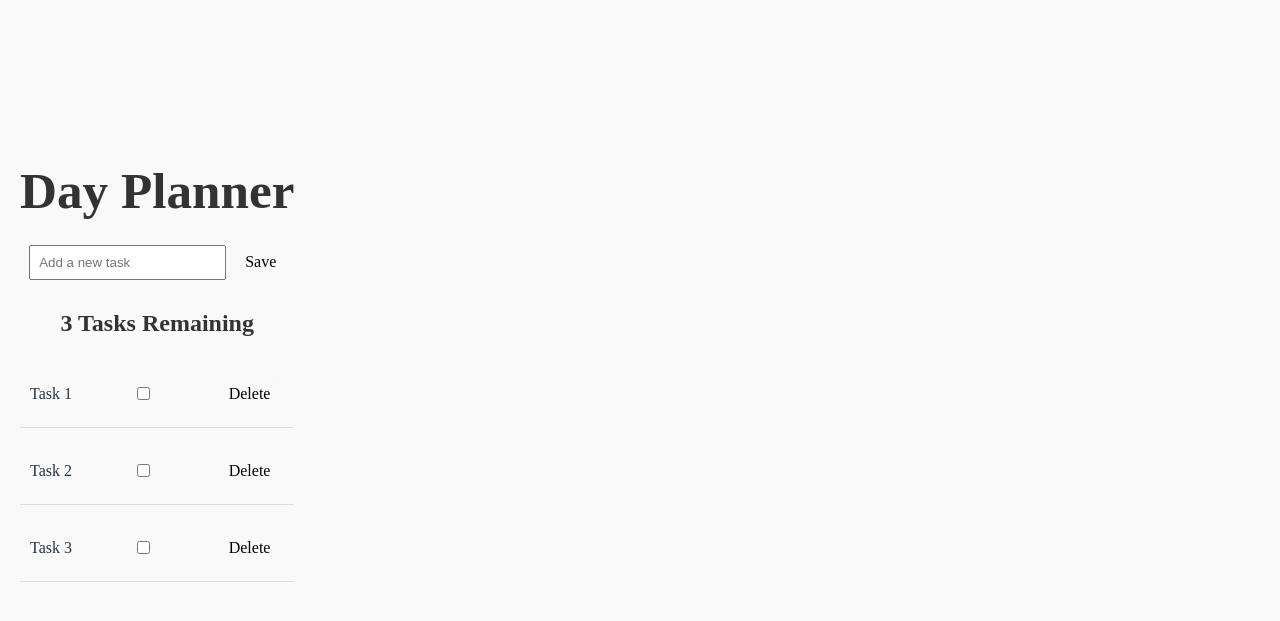
Repository: GavinPahal/Lab7
Page: /
The author's editor kept a copy of each file at every save. The page is drawn from the files as they stood at one save, then again after the next save.
The browser window is 1280 px wide. The pictures show the whole page.
The project was rebuilt for these pictures with package versions that can differ from the ones it lists, and the page was loaded fresh each time. Also part of the build but not shown: vite.config.js.

Above is the page before, as saved 2024-10-23 16:54:57.

After the next save:
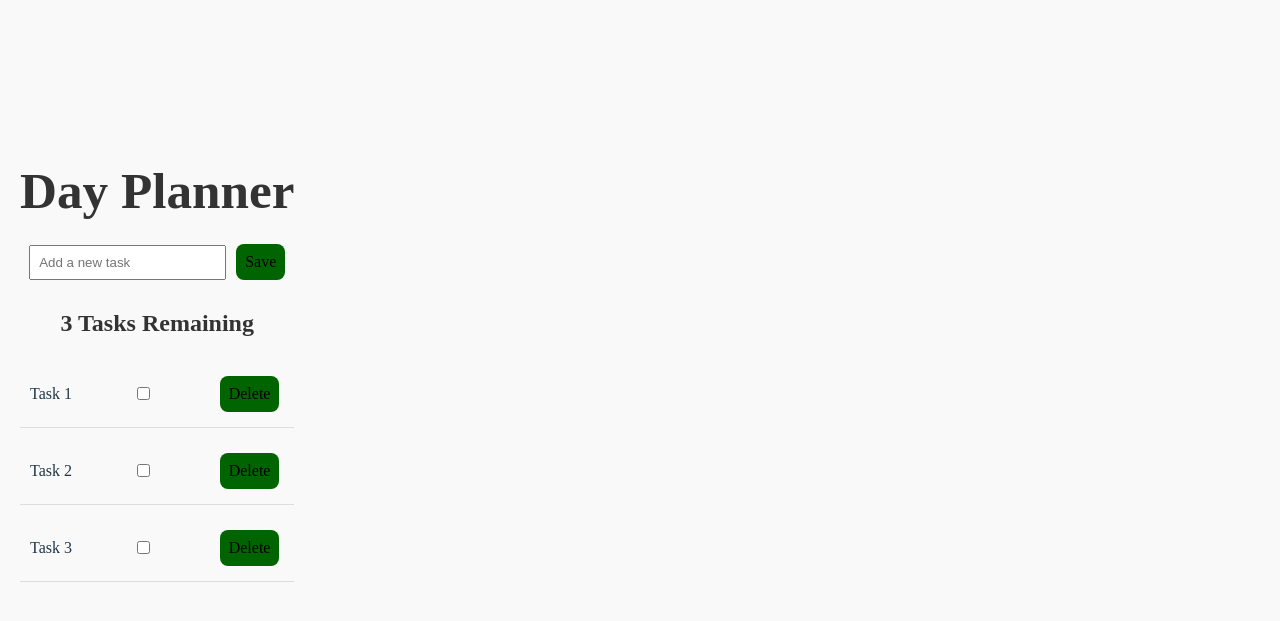
Saved 16 s later.
--- a/src/App.css
+++ b/src/App.css
@@ -50,7 +50,7 @@
   transform: scale(0.98); /* Optional: button press effect */
 }
 
-button:hover {
+button {
   background-color: darkgreen; /* Darker green on hover */
 }
 

After the save that followed:
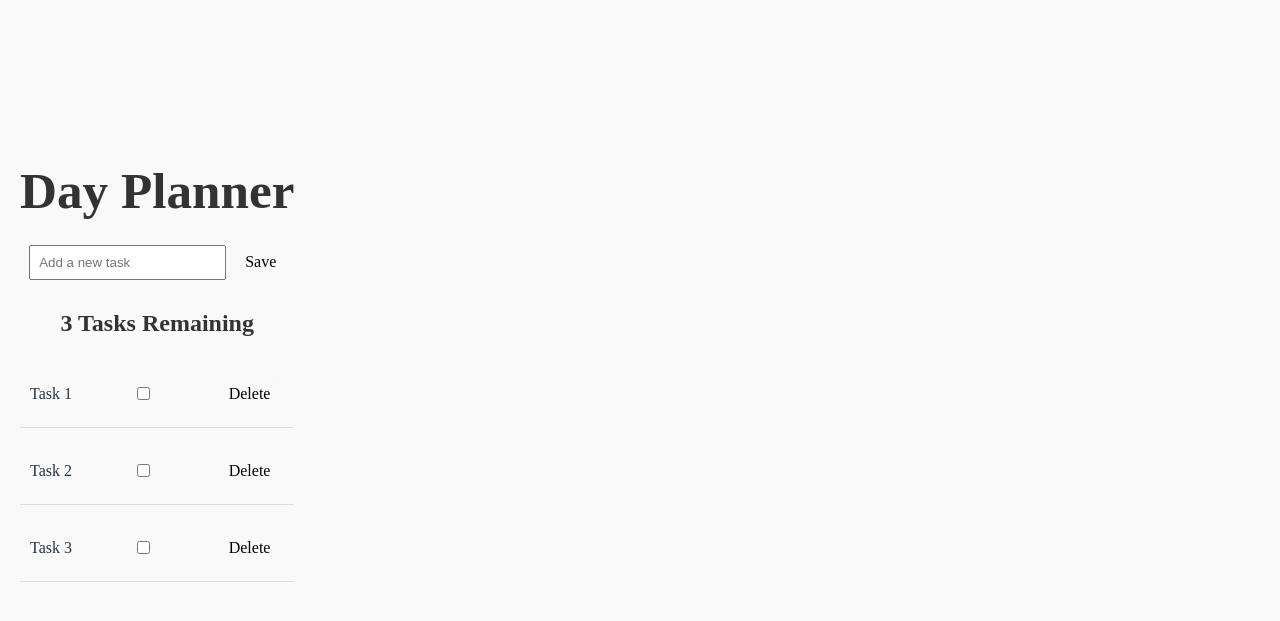
Saved 4 s later.
--- a/src/App.css
+++ b/src/App.css
@@ -50,7 +50,7 @@
   transform: scale(0.98); /* Optional: button press effect */
 }
 
-button {
+button:hover {
   background-color: darkgreen; /* Darker green on hover */
 }
 
